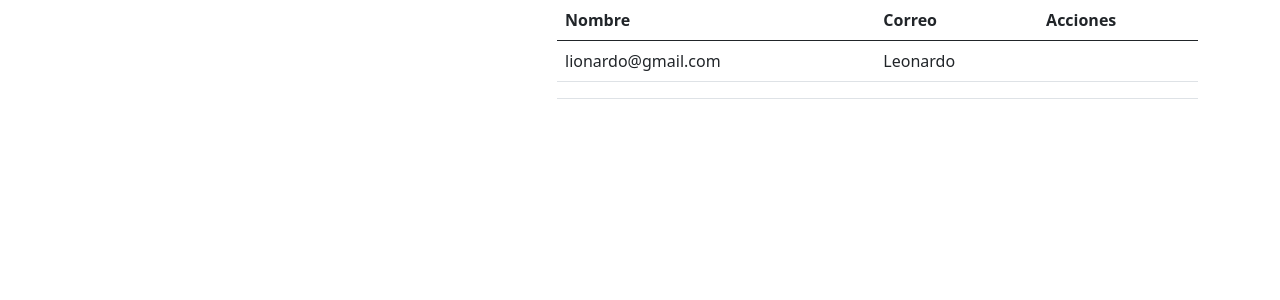
Repository: LionardoGomiz/CRUD-JS-VAINILLA
Page: index.html
These files come from the project's save history. The page is drawn as it stood at one moment and after the next save; the edit follows.
The browser window is 1280 px wide. The pictures show the whole page.

Above is the page before, as saved 2021-08-09 14:00:58.

### index.html
<!DOCTYPE html>
<html lang="es">
<head>
    <meta charset="UTF-8">
    <meta http-equiv="X-UA-Compatible" content="IE=edge">
    <meta name="viewport" content="width=device-width, initial-scale=1.0">
    <title>CRUD JS Vainilla</title>
    <link href="https://cdn.jsdelivr.net/npm/bootstrap@5.1.0/dist/css/bootstrap.min.css" rel="stylesheet" integrity="sha384-KyZXEAg3QhqLMpG8r+8fhAXLRk2vvoC2f3B09zVXn8CA5QIVfZOJ3BCsw2P0p/We" crossorigin="anonymous">
    <script src="https://cdn.jsdelivr.net/npm/bootstrap@5.1.0/dist/js/bootstrap.bundle.min.js" integrity="sha384-U1DAWAznBHeqEIlVSCgzq+c9gqGAJn5c/t99JyeKa9xxaYpSvHU5awsuZVVFIhvj" crossorigin="anonymous"></script>
</head>
<body>
    <!--<a name=""  id="" class="btn btn-primary" href="#" role="button">Hola </a>-->
    <div class="container">
        <div class="row">
            <div class="col-md-5">

            </div>
            <div class="col-md-7">
                <table class="table">
                    <thead>
                        <tr>
                            <th>Nombre</th>
                            <th>Correo</th>
                            <th>Acciones</th>
                        </tr>
                    </thead>
                    <tbody>
                        <tr>
                            <td scope="row">lionardo@gmail.com</td>
                            <td>Leonardo</td>
                            <td></td>
                        </tr>
                        <tr>
                            <td scope="row"></td>
                            <td></td>
                            <td></td>
                        </tr>
                    </tbody>
                </table>
            </div>
        </div>
    </div>
</body>
</html>

After the next save:
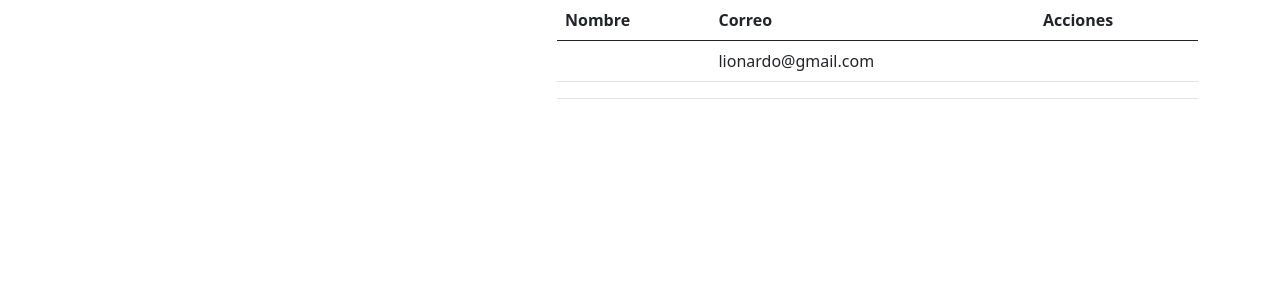
Saved 28 s later.
--- a/index.html
+++ b/index.html
@@ -26,8 +26,8 @@
                     </thead>
                     <tbody>
                         <tr>
-                            <td scope="row">lionardo@gmail.com</td>
-                            <td>Leonardo</td>
+                            <td scope="row"></td>
+                            <td>lionardo@gmail.com</td>
                             <td></td>
                         </tr>
                         <tr>
